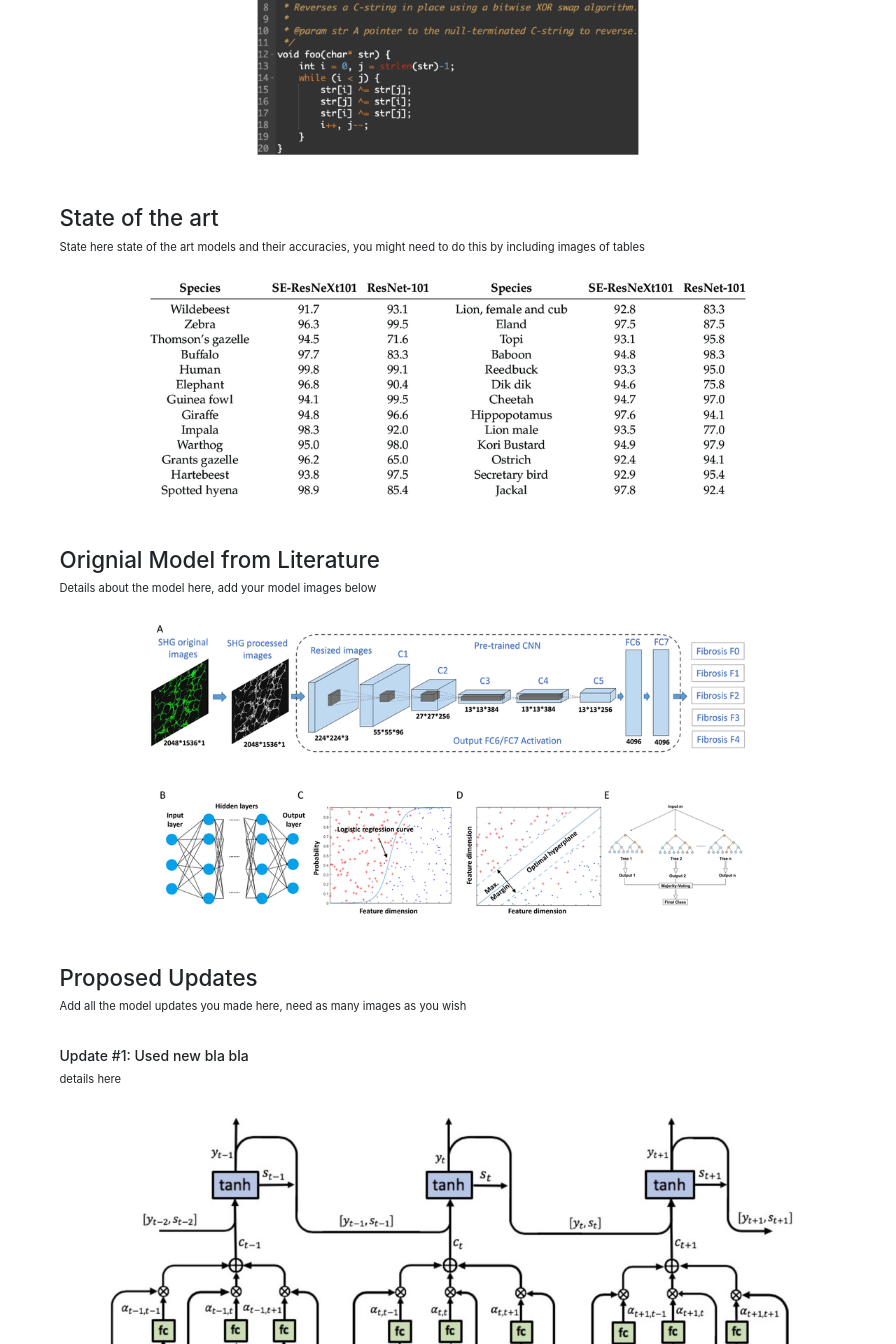
Repository: Shaalan-omar/ConcodePlus
Page: team-specific/index.html
These files come from the project's save history. The page is drawn as it stood at one moment and after the next save; the edit follows.
The browser window is 1280 px wide. The pictures show the part of the page from y = 2480 to 4400 px (the page is 6758 px tall before and 6798 px after), at 70% of full size.

Above is the page before, as saved 2023-05-12 02:40:43.

After the next save:
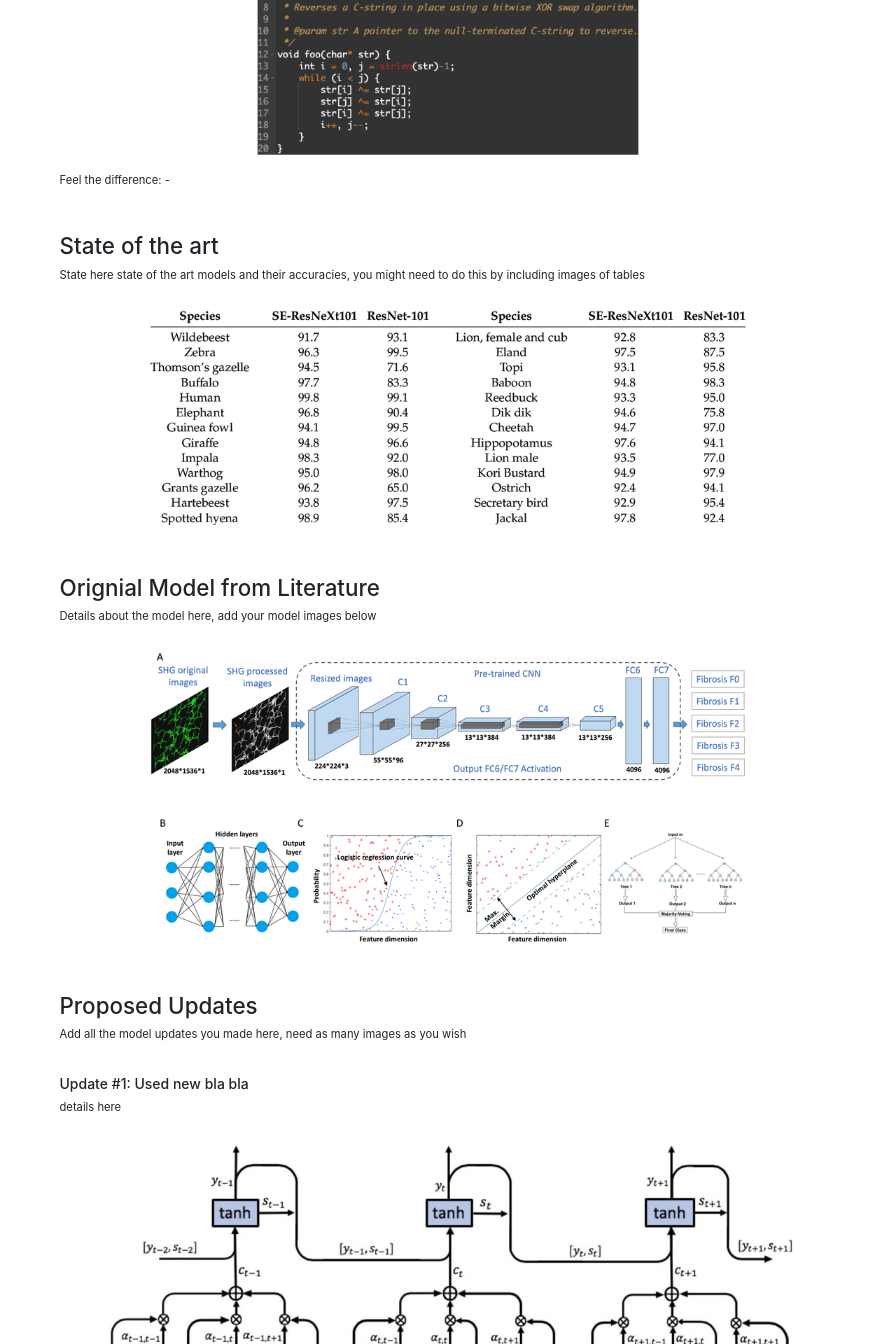
Saved 84 s later.
--- a/team-specific/index.html
+++ b/team-specific/index.html
@@ -122,7 +122,9 @@
       </div>
     </div>
 
-
+    <p>
+      Feel the difference: -
+   </p>
     <div class="row">
       <div class="col-lg-12 text-left">
         <h2 class="mt-5">State of the art</h2>
